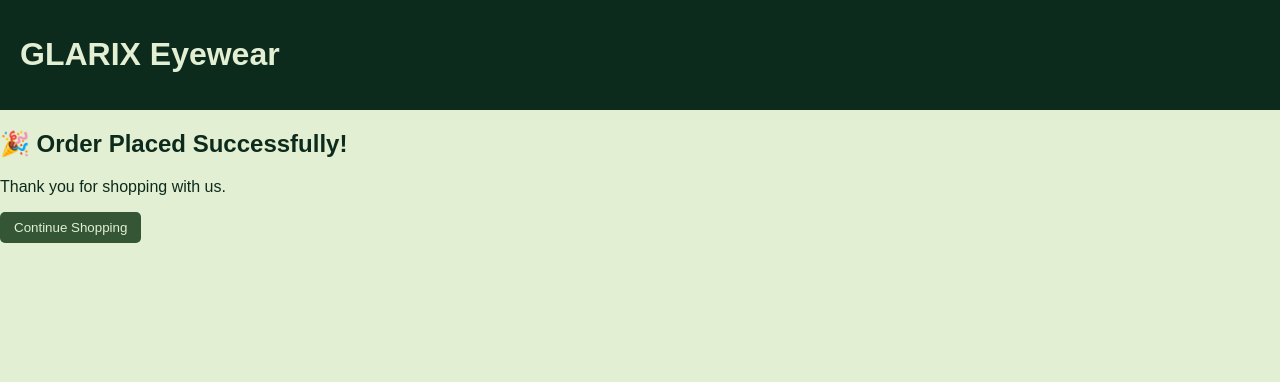
Repository: Tushal27/glarix-eyewear
Page: order.html
An editor plug-in stored every save of this project. The page is shown before and after the next save, followed by the edit.
The browser window is 1280 px wide. The pictures show the whole page.

Above is the page before, as saved 2026-02-17 20:33:16.

### order.html
<!DOCTYPE html>
<html lang="en">
<head>
  <meta charset="UTF-8">
  <title>Order Placed — GLARIX</title>
  <link rel="stylesheet" href="css/style.css">
</head>

<body>

  <header class="header">
    <h1>GLARIX Eyewear</h1>
  </header>

  <main class="order-success">
    <h2>🎉 Order Placed Successfully!</h2>
    <p>Thank you for shopping with us.</p>

    <a href="index.html">
      <button>Continue Shopping</button>
    </a>
  </main>

</body>
</html>

### css/style.css
body {
  font-family: Arial, sans-serif;
  margin: 0;
  background: #E3EFD3;
  color: #0D2B1D;
}

.header {
  display: flex;
  justify-content: space-between;
  align-items: center;
  background: #0D2B1D;
  color: #E3EFD3;
  padding: 15px 20px;
}

.header a {
  color: #AEC3B0;
  text-decoration: none;
  margin: 0 10px;
}

.header a:hover {
  color: white;
}

.cart {
  font-weight: bold;
}

.home {
  text-align: center;
  padding: 80px 20px;
}

.shop-btn {
  padding: 12px 26px;
  font-size: 16px;
  background: #345635;
  color: #E3EFD3;
  border: none;
  border-radius: 6px;
  cursor: pointer;
}

.shop-btn:hover {
  background: #6B8F71;
}

.Hero-name{
    text-shadow: 2px 2px 4px rgba(0,0,0,0.3);
    font-size: 48px;
    color: #345635;
    margin-bottom: 20px;
    text-align: center;
}
.product-grid {
  display: grid;
  grid-template-columns: repeat(4, 1fr);
  gap: 25px;
  padding: 30px;
}


.product-card {
  background: #AEC3B0;
  border-radius: 10px;
  padding: 15px;
  text-align: center;
  cursor: pointer;
  transition: transform 0.2s ease, box-shadow 0.2s ease;
}

.product-card:hover {
  transform: translateY(-5px);
  box-shadow: 0 8px 20px rgba(0,0,0,0.15);
}

.product-card img {
  width: 100%;
  height: 180px;
  object-fit: cover;
  border-radius: 8px;
}

.product-card h3 {
  margin: 10px 0 5px;
}

.product-card p {
  margin: 4px 0;
}
.rating {
  color: #DAA520;
  font-size: 18px;
  margin-top: 6px;
}

button {
  background: #345635;
  color: #E3EFD3;
  border: none;
  padding: 8px 14px;
  border-radius: 5px;
  cursor: pointer;
}

button:hover {
  background: #6B8F71;
}
.controls {
  display: flex;
  gap: 20px;
  padding: 20px;
}

.controls {
  display: flex;
  gap: 16px;
  padding: 20px;
}

.dropdown {
  position: relative;
}

.dropdown-selected {
  background: #E3EFD3;
  color: #0D2B1D;
  padding: 12px 18px;
  border-radius: 999px;
  font-weight: 500;
  border: 1px solid #AEC3B0;
  cursor: pointer;
  display: flex;
  align-items: center;
  justify-content: space-between;
  min-width: 180px;
  transition: all 0.2s ease;
}

.dropdown-selected:hover {
  background: #ffffff;
  border-color: #6B8F71;
  box-shadow: 0 4px 14px rgba(0,0,0,0.08);
}

.dropdown-options {
  position: absolute;
  top: 110%;
  left: 0;
  right: 0;
  background: #ffffff;
  border-radius: 12px;
  border: 1px solid #AEC3B0;
  box-shadow: 0 12px 30px rgba(0,0,0,0.15);
  display: none;
  overflow: hidden;
  z-index: 50;
}

.dropdown-options div {
  padding: 12px 16px;
  color: #0D2B1D;
  transition: background 0.15s ease;
}

.dropdown-options div:hover {
  background: #E3EFD3;
}

.dropdown-options {
  backdrop-filter: blur(8px);
}
.detail-container {
  padding: 60px 80px;
}

.detail-card {
  display: grid;
  grid-template-columns: 420px 1fr;
  gap: 60px;

  background: #ffffff;
  border-radius: 18px;
  padding: 40px;

  box-shadow: 0 20px 60px rgba(0,0,0,0.08);
}

.detail-card img {
  width: 100%;
  height: 320px;
  object-fit: contain;
  border-radius: 14px;
  background: #F6F8F5;
  padding: 20px;
}

.detail-info {
  display: flex;
  flex-direction: column;
  gap: 16px;
}

.detail-info h2 {
  font-size: 32px;
  margin: 0;
  color: #0D2B1D;
}



.detail-price {
  font-size: 24px;
  font-weight: 600;
  color: #345635;
}



.detail-rating {
  font-size: 18px;
  color: #DAA520;
}



.detail-category {
  font-size: 15px;
  color: #6B8F71;
}



.detail-buttons {
  margin-top: 25px;
  display: flex;
  gap: 16px;
}

.detail-buttons button {
  padding: 14px 28px;
  font-size: 16px;
  border-radius: 10px;
  border: none;
  cursor: pointer;
  transition: all 0.2s ease;
}



.detail-buttons button:first-child {
  background: #345635;
  color: #E3EFD3;
}

.detail-buttons button:first-child:hover {
  background: #0D2B1D;
}



.detail-buttons button:last-child {
  background: transparent;
  border: 2px solid #345635;
  color: #345635;
}

.detail-buttons button:last-child:hover {
  background: #345635;
  color: #E3EFD3;
}
.related-section {
  margin-top: 60px;
}

.carousel-container {
  overflow-x: auto;
  scroll-behavior: smooth;
  padding-bottom: 10px;
}

.carousel-track {
  display: flex;
  gap: 20px;
}

.carousel-container::-webkit-scrollbar {
  height: 8px;
}

.carousel-container::-webkit-scrollbar-thumb {
  background: #AEC3B0;
  border-radius: 10px;
}

/* Card */

.related-card {
  min-width: 220px;
  background: #ffffff;
  border-radius: 14px;
  padding: 14px;
  text-align: center;
  cursor: pointer;

  box-shadow: 0 8px 24px rgba(0,0,0,0.06);
  transition: transform 0.2s ease, box-shadow 0.2s ease;
}

.related-card:hover {
  transform: translateY(-6px);
  box-shadow: 0 16px 40px rgba(0,0,0,0.12);
}

.related-card img {
  width: 100%;
  height: 140px;
  object-fit: contain;
  margin-bottom: 10px;
}

.related-card h4 {
  margin: 8px 0;
  font-size: 16px;
}

.related-card p {
  margin: 0;
  font-weight: 600;
  color: #345635;
}

After the next save:
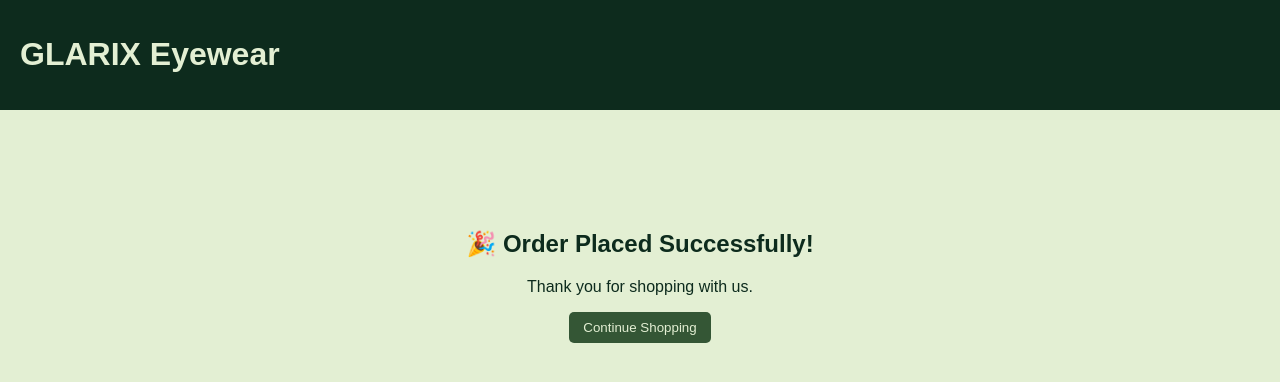
Saved 11 s later.
--- a/css/style.css
+++ b/css/style.css
@@ -331,3 +331,7 @@
   font-weight: 600;
   color: #345635;
 }
+.order-success {
+  text-align: center;
+  padding: 100px 20px;
+}
